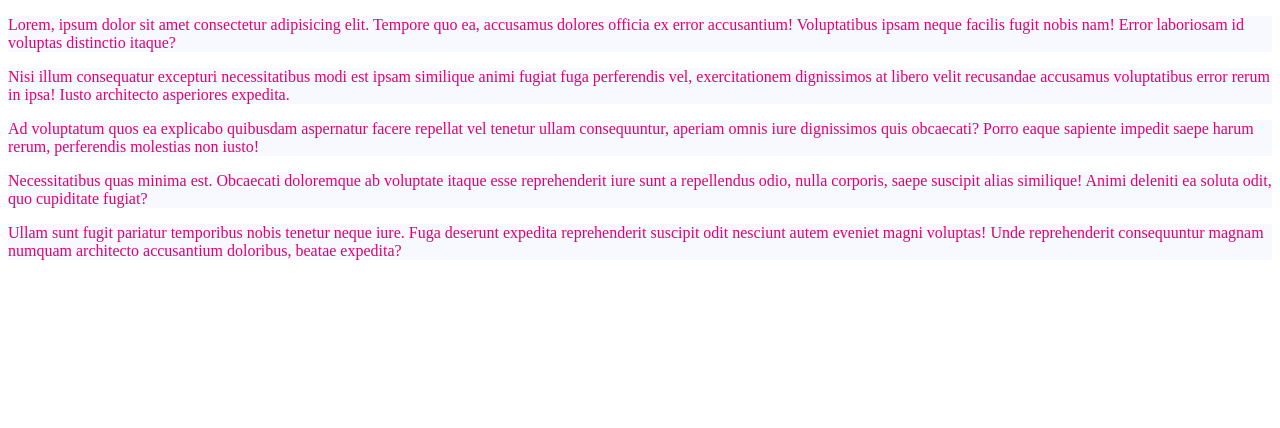
Repository: Filip-Husic/AW_frontend
Page: css1.html
An editor plug-in stored every save of this project. The page is shown before and after the next save, followed by the edit.
The browser window is 1280 px wide. The pictures show the whole page.

Above is the page before, as saved 2022-11-23 15:34:44.

After the next save:
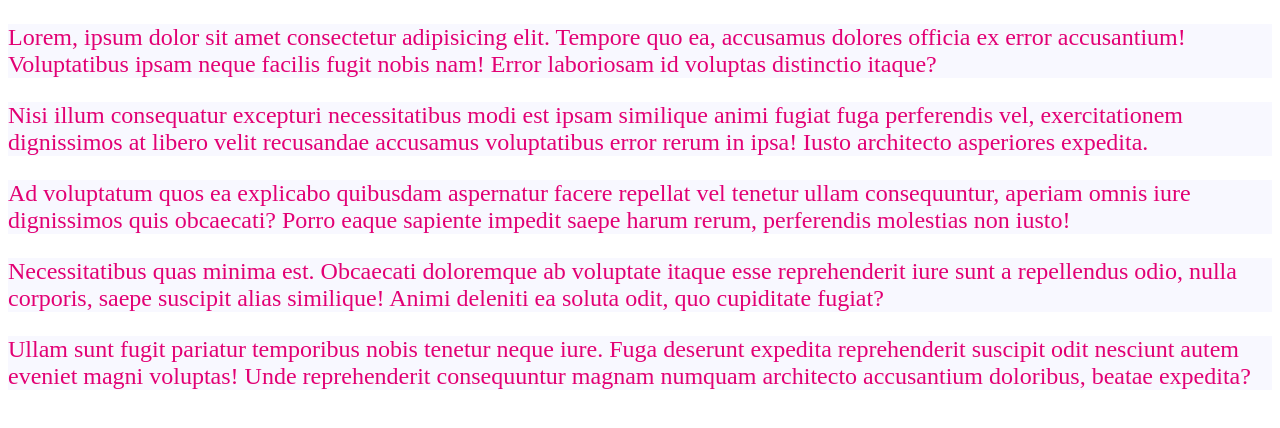
Saved 4 s later.
--- a/css1.html
+++ b/css1.html
@@ -22,7 +22,7 @@
         p{
             color: #e20074;
             background-color: ghostwhite;
-            f
+            font-size: 24px;
         }
 
     </style>
